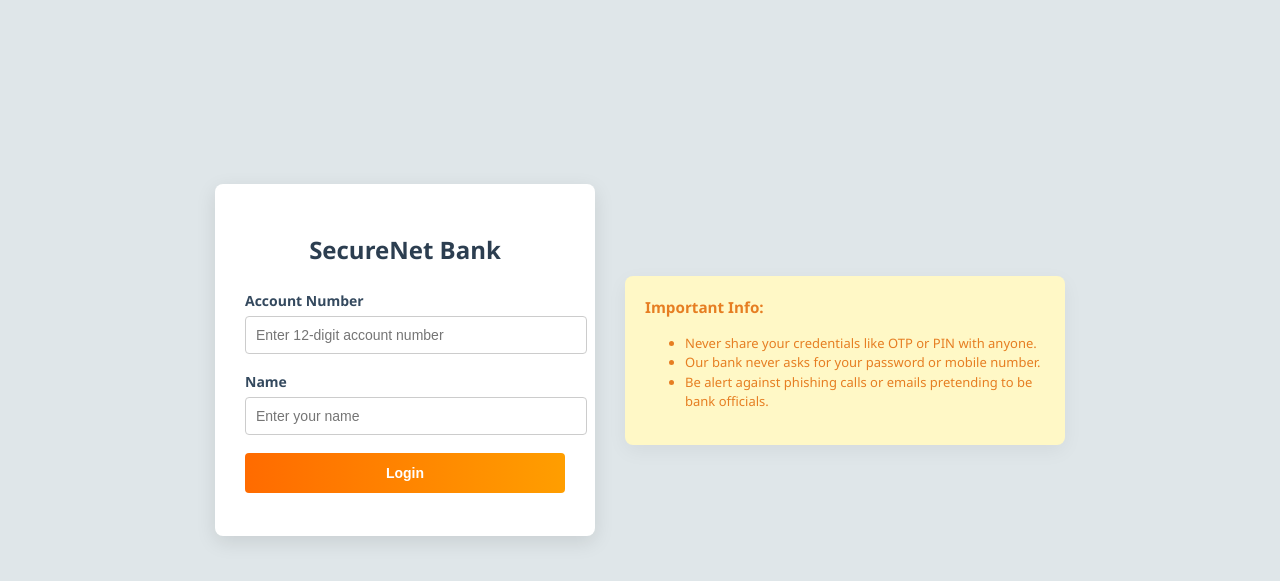
Repository: atharvthonge/Bank-Management-System
Page: http://localhost/login
An editor plug-in stored every save of this project. The page is shown before and after the next save, followed by the edit.
The browser window is 1280 px wide. The pictures show the whole page.
The page is this project's Thymeleaf template; nobody is signed in. The template is opened directly, without the code that normally fills it, so the values that code supplies are empty.

Above is the page before, as saved 2025-08-22 11:55:12.

### com.securenetbank/src/main/resources/templates/login.html
<!DOCTYPE html>
<html xmlns:th="http://www.thymeleaf.org">
<head>
    <title>SecureNet Bank - Login</title>
    <style>
        body {
            margin: 0;
            font-family: 'Segoe UI', Tahoma, Geneva, Verdana, sans-serif;
            background-color: #dfe6e9; /* new background color, soft gray-blue */
        }

        .container {
            display: flex;
            justify-content: center;
            align-items: center;
            height: 100vh;
            gap: 30px;
        }

        .login-box {
            background-color: #ffffff; /* keep white */
            width: 320px;
            padding: 30px;
            border-radius: 8px;
            box-shadow: 0 6px 20px rgba(0,0,0,0.1);
        }

        .login-box h2 {
            text-align: center;
            margin-bottom: 25px;
            color: #2c3e50;
        }

        .login-box label {
            display: block;
            margin-bottom: 6px;
            font-weight: 600;
            color: #34495e;
            font-size: 14px;
        }

        .login-box input[type="text"] {
            width: 100%;
            padding: 10px;
            margin-bottom: 18px;
            border: 1px solid #ccc;
            border-radius: 4px;
            font-size: 14px;
        }

        .login-box button {
            width: 100%;
            padding: 12px;
            background: linear-gradient(to right, #ff6b00, #ff9e00);
            border: none;
            color: white;
            font-weight: bold;
            border-radius: 4px;
            cursor: pointer;
            font-size: 14px;
        }

        .login-box button:hover {
            opacity: 0.9;
        }

        .login-box p.error {
            color: #e74c3c;
            text-align: center;
            font-size: 13px;
        }

        .info-box {
            background-color: #fff8c6; /* light yellow */
            padding: 20px;
            width: 400px;
            border-radius: 8px;
            box-shadow: 0 6px 20px rgba(0,0,0,0.05);
            color: #e67e22; /* orange text */
            font-size: 13px;
            line-height: 1.5;
        }

        .info-box h3 {
            margin-top: 0;
        }
    </style>
</head>
<body>
    <div class="container">
        <div class="login-box">
            <h2>SecureNet Bank</h2>
            <form th:action="@{/login}" method="post">
                <label>Account Number</label>
                <input type="text" name="accNo" placeholder="Enter 12-digit account number" required>

                <label>Name</label>
                <input type="text" name="name" placeholder="Enter your name" required>

                <button type="submit">Login</button>
            </form>
            <p class="error" th:text="${error}"></p>
        </div>

        <div class="info-box">
            <h3>Important Info:</h3>
            <ul>
                <li>Never share your credentials like OTP or PIN with anyone.</li>
                <li>Our bank never asks for your password or mobile number.</li>
                <li>Be alert against phishing calls or emails pretending to be bank officials.</li>
            </ul>
        </div>
    </div>
</body>
</html>

After the next save:
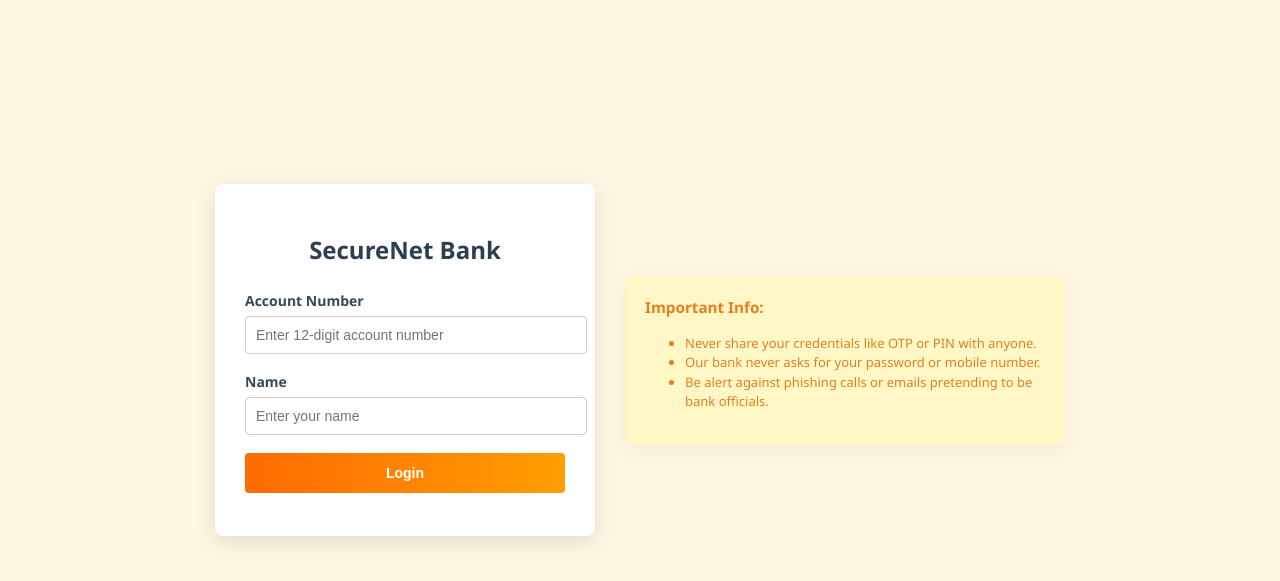
Saved 106 s later.
--- a/com.securenetbank/src/main/resources/templates/login.html
+++ b/com.securenetbank/src/main/resources/templates/login.html
@@ -6,7 +6,8 @@
         body {
             margin: 0;
             font-family: 'Segoe UI', Tahoma, Geneva, Verdana, sans-serif;
-            background-color: #dfe6e9; /* new background color, soft gray-blue */
+           background-color: #fdf6e3; /* very soft cream */
+
         }
 
         .container {
